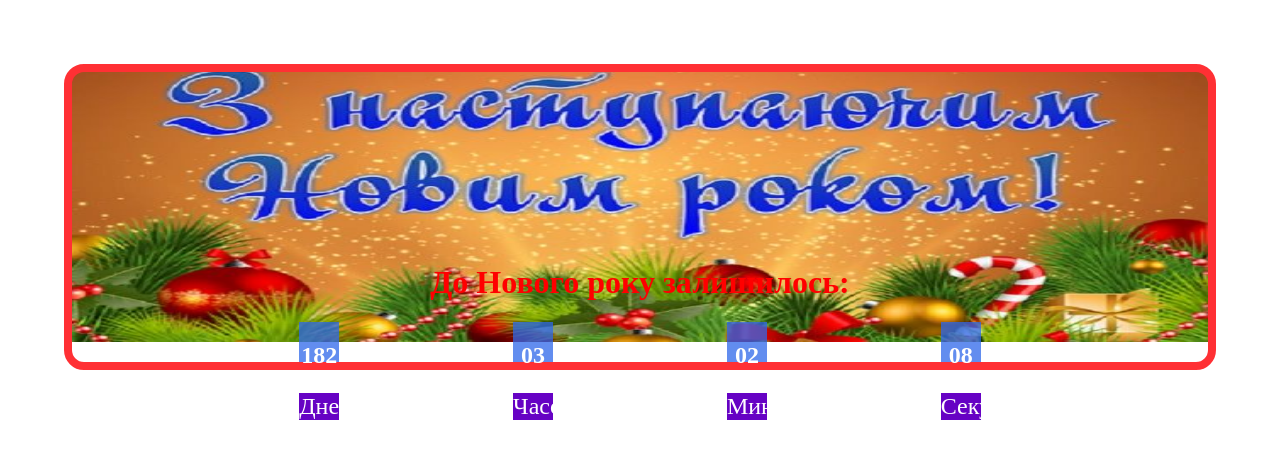
Repository: KonstantinKhamilov/JavaScript11-new-year
Page: index.html
An editor plug-in stored every save of this project. The page is shown before and after the next save, followed by the edit.
The browser window is 1280 px wide. The pictures show the whole page.

Above is the page before, as saved 2024-12-29 17:55:57.

### index.html
<!DOCTYPE html>
<html lang="en">
    <head>
        <title>JavaScript11</title>

        <meta charset="utf-8">
        <meta http-equiv="X-UA-Compatible" content="IE=edge">
        <meta name="description" lang="ru" content="Стили css">
        <meta name="author" content="Константин">
        <meta name="keywords" content="Программирование, уроки JavaScript">
        <meta name="robots" content="all">
        <meta name="viewport" content="width=device-width, initial-scale=1.0">
        <link rel="stylesheet" href="newYear.css" type="text/css">
</head>

<body>
   <!--
     <h1><u>Задание 1</u></h1>
    <p>Необходимо реализовать функцию, описывающую окружность.В функции должны быть следующие компоненты:</p>
<ul type="disk">
    <li>поле, хранящее радиус окружности;</li>
    <li>get-свойство, возвращающее радиус окружности;</li>
    <li>set-свойство, устанавливающее радиус окружности;</li>
    <li>get-свойство, возвращающее диаметр окружности;</li>
    <li>метод, вычисляющий площадь окружности;</li>
    <li>метод, вычисляющий длину окружности.</li>
</ul>
       <p>Продемонстрируйте работу свойств и методов.</p>
       <p>Введите радиус окружности: </p>
       <input type="text" id="rad">
        <button onclick="showResults()">Показать результаты</button>
        <p id="output"></p>

          <h1><u>Задание 2</u></h1>
          <p>Реализуйте функцию, которая описывает css класс.функция CssClass должна содержать внутри себя:</p>
          <ul type="square">
<li>название css класса;</li>
<li>массив стилей;</li>
<li>метод для установки стиля;</li>
<li>метод для удаления стиля;</li>
<li>метод getCss(), который возвращает css код в виде строки.</li>
          </ul>

          <p>Введите название класса:</p>
    <input type="text" id="class" />
    <button onclick="showCSS()">Показать результат генерации</button>
    <p id="output1"></p>

    <p>Добавить стиль:</p>
    <input type="text" id="add-style" />
    <button onclick="addStyle()">Добавить</button>

    <p>Удалить стиль:</p>
    <input type="text" id="remove-style" />
    <button onclick="removeStyle()">Удалить</button>

  <h1><u>Задание 3</u></h1>
  <p>
    Рассчитайте, сколько дней, часов, минут и секунд осталось до Нового года. Выведите эти значения красиво,
    методом document.write() или другим с тегами -p- и
    -span- и классами для них. Стили можно записать в отдельном css-файле. Если одно из чисел будет меньше 10,
    то его нужно вывести с ведущим 0, например, так:
    Сделайте свой скрипт универсальным, задав дату следующего Нового года относительно текущей даты с помощью методов объекта Date.
  </p>
  <p>Пример вывода результата задания:</p>
<img src="D:\Full Stack\Модуль\JavaScript\JavaScript11\Безымянный1.png" alt="time">
-->
<div class="box">
  <h1>До Нового року залишилось:</h1>
  <div class="count">
    <div class="timer"><h2 id="day">00</h2><p>Дней</p></div>
    <div class="timer"><h2 id="hrs">00</h2><p>Часов</p></div>
    <div class="timer"><h2 id="min">00</h2><p>Минут</p></div>
    <div class="timer"><h2 id="sec">00</h2><p>Секунд</p></div>
  </div>
</div>

    <script>
/*
        //1
function Circle(radius) {
  // Сохранение значения радиуса в свойстве объекта
  this.radius = radius;
  // Определение get-свойства для получения значения радиуса
  Object.defineProperty(this, 'radius', {
    get: function() {
      // Возвращение значения радиуса
      return radius;
    },
    // Определение set-свойства для установки значения радиуса
    set: function(value) {
      // Проверка на корректность значения радиуса
      if (value <= 0) throw new Error('Invalid radius');
      // Установка нового значения радиуса
      radius = value;
    }
  });

  // Определение get-свойства для получения значения диаметра окружности
  Object.defineProperty(this, 'diameter', {
    get: function() {
      // Возвращение значения диаметра, равного удвоенному радиусу
      return 2 * radius;
    }
  });

  // Определение метода для вычисления площади окружности
  this.area = function() {
    // Возвращение площади окружности, вычисленной как произведение числа Пи на квадрат радиуса
    return Math.PI * Math.pow(radius, 2);
  }

  // Определение метода для вычисления длины окружности
  this.circumference = function() {
    // Возвращение длины окружности, вычисленной как произведение числа Пи на удвоенный радиус
    return 2 * Math.PI * radius;
  }
}

function showResults() {
    let input = document.getElementById("rad").value;
    let circle = new Circle(input);
    let output = 'Радиус: ' + circle.radius + '<br>';
    output += 'Диаметр: ' + circle.diameter + '<br>';
    output += 'Площадь: ' + circle.area() + '<br>';
    output += 'Длинна окружности: ' + circle.circumference();
    document.getElementById("output").innerHTML = output;
  }

  //2

      // Определение функции CssClass, которая принимает название CSS класса в качестве аргумента
      function CssClass(className) {
        // Сохранение значения названия CSS класса в свойстве объекта
        this.className = className;
        // Создание пустого массива для хранения стилей CSS класса
        this.styles = [];

        // Определение метода setStyle для добавления нового стиля в массив стилей
        this.setStyle = function(style) {
          // Добавление нового стиля в конец массива стилей
          this.styles.push(style);
        }

        // Определение метода removeStyle для удаления существующего стиля из массива стилей
        this.removeStyle = function(style) {
          // Поиск индекса указанного стиля в массиве стилей
          let index = this.styles.indexOf(style);
          // Если стиль найден в массиве
          if (index !== -1) {
            // Удаление стиля из массива по найденному индексу
            this.styles.splice(index, 1);
          }
        }

        // Определение метода getCss для генерации CSS кода класса в виде строки
        this.getCss = function() {
          // Создание строки с селектором CSS класса и открывающей скобкой
          let cssString = '.' + this.className + ' {\n';
          // Цикл по всем стилям в массиве стилей
          for (let i = 0; i < this.styles.length; i++) {
            // Добавление очередного стиля в строку с отступом и точкой с запятой
            cssString += '  ' + this.styles[i] + ';\n';
          }
          // Добавление закрывающей скобки в конец строки
          cssString += '}';
          // Возвращение сгенерированной строки с CSS кодом класса
          return cssString;
        }
      }
      let myClass;

      function showCSS() {
        // Получение значения из элемента input с id 'class'
        let className = document.getElementById('class').value;
        // Создание нового объекта CssClass с названием класса из элемента input
        myClass = new CssClass(className);
        // Добавление стиля 'color: red' в массив стилей класса
        myClass.setStyle('color: red');
        // Добавление стиля 'font-size: 16px' в массив стилей класса
        myClass.setStyle('font-size: 16px');
        // Вывод сгенерированного CSS кода класса в элемент p с id 'output'
        document.getElementById('output1').innerHTML = myClass.getCss();
      }

      function addStyle() {
        if (!myClass) {
          alert('Сначала нажмите кнопку "Показать результат генерации"');
          return;
        }
        // Получение значения из элемента input с id 'add-style'
        let style = document.getElementById('add-style').value;
        // Добавление стиля в массив стилей класса
        myClass.setStyle(style);
        // Вывод обновленного CSS кода класса в элемент p с id 'output'
        document.getElementById('output1').innerHTML = myClass.getCss();
      }

      function removeStyle() {
        if (!myClass) {
          alert('Сначала нажмите кнопку "Показать результат генерации"');
          return;
        }
        // Получение значения из элемента input с id 'remove-style'
        let style = document.getElementById('remove-style').value;
        // Удаление стиля из массива стилей класса
        myClass.removeStyle(style);
        // Вывод обновленного CSS кода класса в элемент p с id 'output'
        document.getElementById('output1').innerHTML = myClass.getCss();
      }
      */

//3
const day = document.getElementById('day');
const hrs = document.getElementById('hrs');
const min = document.getElementById('min');
const sec = document.getElementById('sec');
const currentYear = new Date().getFullYear();

const newYear = new Date (`1 Jan ${currentYear + 1} 00:00:00`);

function countdownDate(){
const today = Date.now()
const gap = newYear - today;
let d = Math.floor(gap/1000/60/60/24);
let h = Math.floor((gap/1000/60/60)%24);
let m = Math.floor((gap/1000/60)%60);
let s = Math.floor((gap/1000)%60);

day.innerHTML = d<10 ? '0' + d : d;
hrs.innerHTML = h<10 ? '0' + h : h;
min.innerHTML = m<10 ? '0' + m : m;
sec.innerHTML = s<10 ? '0' + s : s;
}
setInterval(countdownDate,1000);
    </script>
</body>
</html>

### newYear.css
body {
  margin: 5%;
}

@media screen and (min-width: 320px) {
  .box {
    display: flex;
    flex-direction: column;
    /*justify-content: center;*/
    align-items: center;
    height: 80%;
    background-image: url("z_nastupauschim_ng_4.jpg");
    background-repeat: no-repeat;
    background-size: 100% 100%;
    background-position: 0px -20px;
    border: solid 8px;
    border-radius: 20px;
    border-color: rgb(255, 48, 52);
  }

  .box > h1 {
    color: rgb(255, 0, 0);
    font-family: cursive;
    padding-top: 15%;
  }

  .count {
    display: flex;
    flex-direction: row;
    justify-content: space-between;
    width: 60%;
    /*padding-top: 260px;*/
  }

  .timer {
    text-align: center;
    background-color: rgb(46, 103, 234, 0.75);
    width: 2.5em;
    height: 2.5em;
  }

  h2 {
    color: white;
    font-size: 1.5em;
  }

  .timer > p {
    color: white;
    background-color: rgb(102, 2, 196);
    font-size: 1.5em;
  }
}

After the next save:
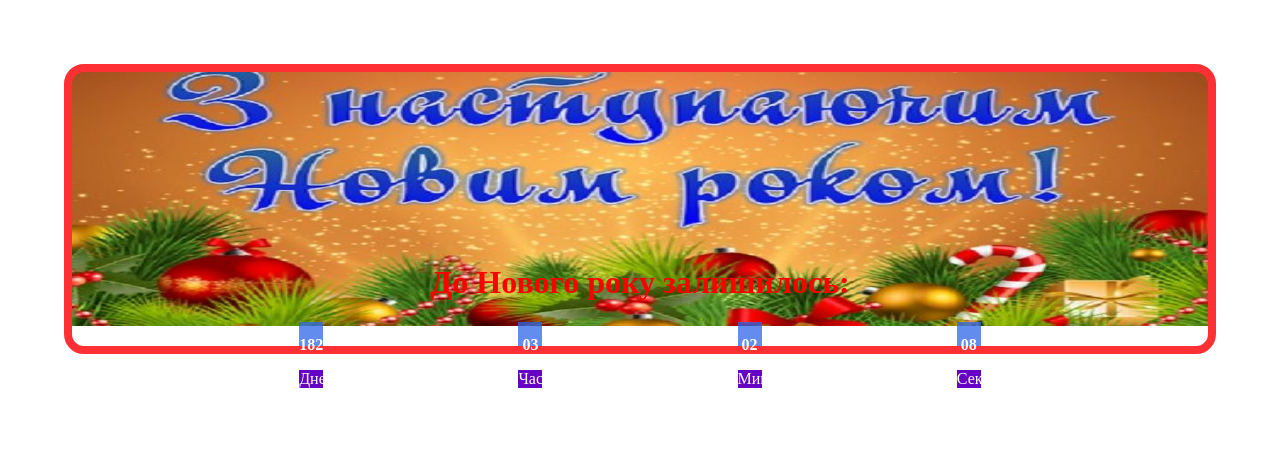
Saved 42 s later.
--- a/newYear.css
+++ b/newYear.css
@@ -35,18 +35,18 @@ body {
   .timer {
     text-align: center;
     background-color: rgb(46, 103, 234, 0.75);
-    width: 2.5em;
-    height: 2.5em;
+    width: 1.5em;
+    height: 1.5em;
   }
 
   h2 {
     color: white;
-    font-size: 1.5em;
+    font-size: 1em;
   }
 
   .timer > p {
     color: white;
     background-color: rgb(102, 2, 196);
-    font-size: 1.5em;
+    font-size: 1em;
   }
 }
